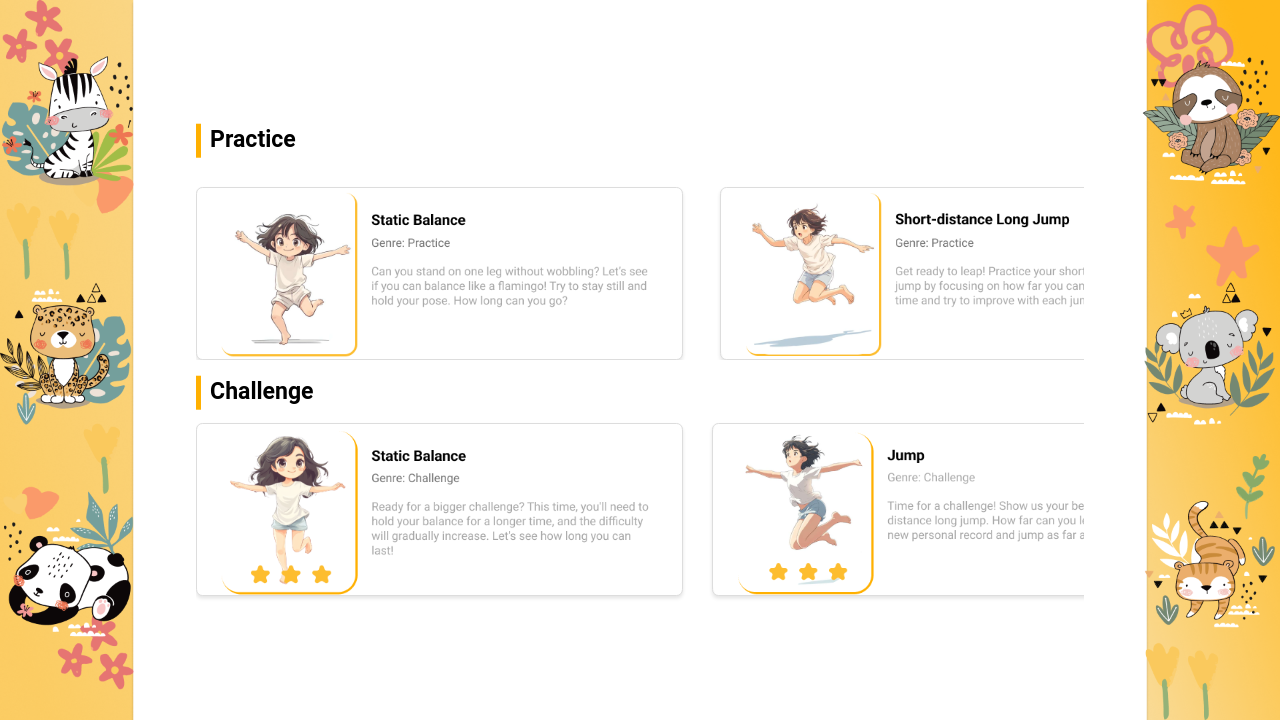
Repository: Jayhawk2000/AR_Game_DCD_Children
Page: homepage.html
These files come from the project's save history. The page is drawn as it stood at one moment and after the next save; the edit follows.
The browser window is 1280 px wide. The pictures show the whole page.

Above is the page before, as saved 2024-10-16 13:18:55.

After the next save:
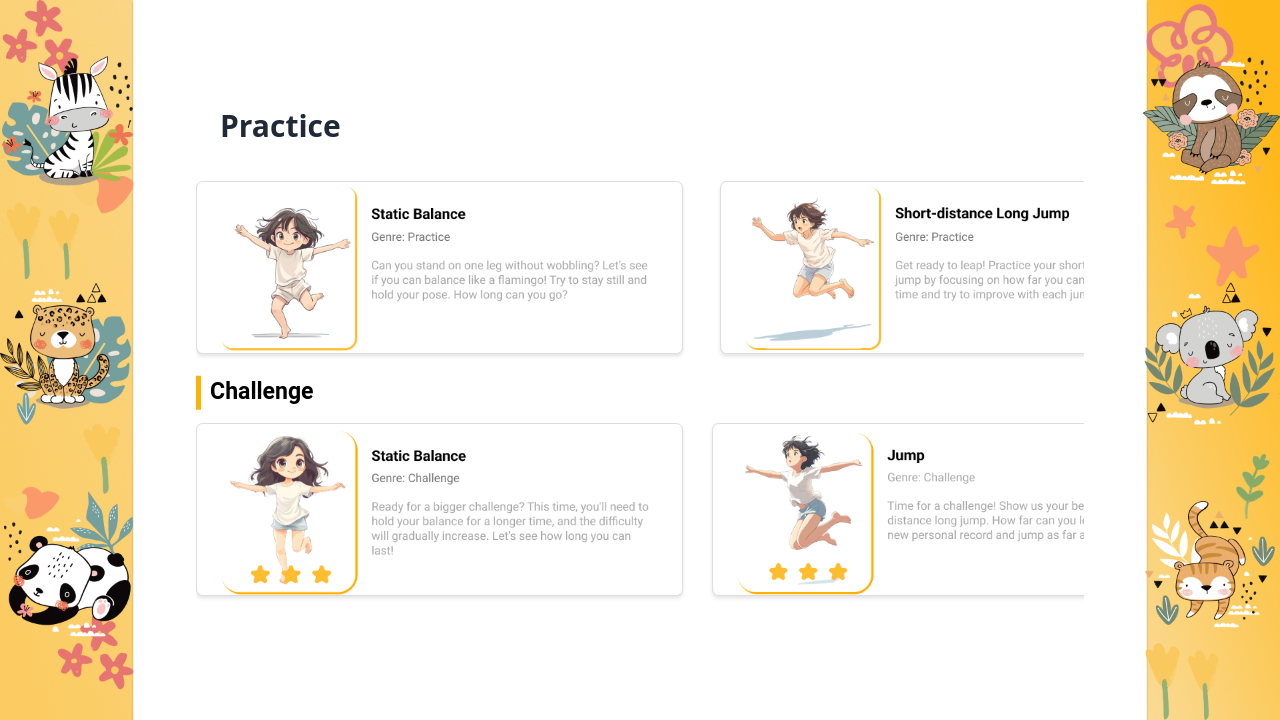
Saved 11 s later.
--- a/homepage.html
+++ b/homepage.html
@@ -131,8 +131,9 @@
     <div class="content">
         <div class="section">
             <br><br><br>
-            <div class="title"><b>Practice</b></div>
-            <div class="title text-2xl font-bold text-gray-800 mb-4 relative pl-6 before:content-[''] before:absolute before:left-0 before:top-1/2 before:-translate-y-1/2 before:h-full before:w-1 before:bg-yellow-400"></div>
+            <h2 class="text-3xl font-bold text-gray-800 mb-6 relative pl-6 before:content-[''] before:absolute before:left-0 before:top-1/2 before:-translate-y-1/2 before:h-full before:w-2 before:bg-yellow-400">
+                Practice
+            </h2>
             <div class="card-slider overflow-x-auto snap-x snap-mandatory flex space-x-6 p-4">
                 <a href="prac_bal.html" class="card flex-none w-96 h-64 bg-cover bg-center rounded-xl shadow-lg hover:shadow-2xl transition-shadow duration-300 relative overflow-hidden group" style="background-image: url('img/balance_practice.png');">
                     <div class="absolute inset-0 bg-gradient-to-t from-black to-transparent opacity-0 group-hover:opacity-100 transition-opacity duration-300 flex flex-col justify-end p-6">
